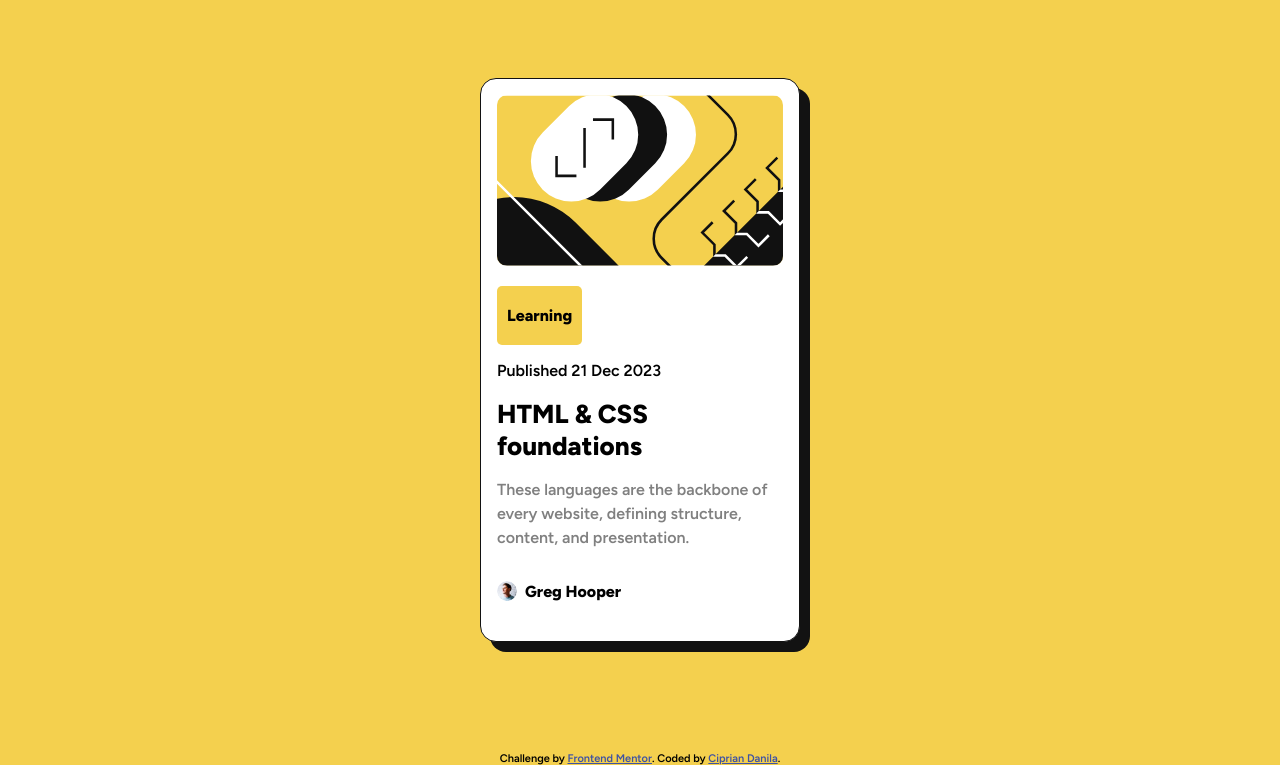
Repository: cipdanila/blog-preview-card
Page: index.html
The author's editor kept a copy of each file at every save. The page is drawn from the files as they stood at one save, then again after the next save.
The browser window is 1280 px wide. The pictures show the whole page.

Above is the page before, as saved 2024-01-28 14:36:47.

### index.html
<!DOCTYPE html>
<html lang="en">
<head>
  <meta charset="UTF-8">
  <meta name="viewport" content="width=device-width, initial-scale=1.0"> <!-- displays site properly based on user's device -->

  <link rel="icon" type="image/png" sizes="32x32" href="./assets/images/favicon-32x32.png">
  <link rel="stylesheet" href="style.css">
  <title>Frontend Mentor | Blog preview card</title>

</head>
<body>
  <main>
    <div class="card">
      <div class="image-card">
        <img src="./assets/images/illustration-article.svg" alt="illustration article">
      </div>
      <div class="text-card">
        <div class="learning">
          <p>Learning</p>
        </div>
        <div class="publish">
          <p>Published 21 Dec 2023</p>
        </div>
        <div class="title">
          <h1>HTML & CSS foundations</h1>
        </div>
        <div class="info">
          <p>
            These languages are the backbone of every website, defining structure, content, and presentation.
          </p>
        </div>
        <div class="avatar">
          <img src="./assets/images/image-avatar.webp" alt="avatar">
          <p>Greg Hooper</p>
        </div>
      </div>
    </div>
  </main>

  <footer>
    <div class="attribution">
        Challenge by
        <a
            href="https://www.frontendmentor.io/challenges/blog-preview-card-ckPaj01IcS"
            target="_blank"
            rel="noopener noreferer"
            >Frontend Mentor</a
        >. Coded by <a href="https://github.com/cipdanila" target="_blank" rel="noopener noreferer">Ciprian Danila</a>.
    </div>
</footer>
</body>
</html>

### style.css
@import url('https://fonts.googleapis.com/css2?family=Figtree:wght@600;800&display=swap');

:root {
    /* Colors */
    /* Primary */
    --yellow: hsl(47, 88%, 63%);

    /* Neutral */
    --white: hsl(0, 0%, 100%);
    --grey: hsl(0, 0%, 50%);
    --black: hsl(0, 0%, 7%);
}

* {
    box-sizing: border-box;
}

body, html {
    margin: 0;
    padding: 0;
    height: 100%;
    font-family: 'Figtree', sans-serif;
    font-size: 1rem;
    font-weight: 600;
    background-color: var(--yellow);
}

main {
    display: flex;
    justify-content: center;
    align-items: center;
    height: 100%;
}

.card {
    width: 20rem;
    border-radius: 1rem;
    border: 1px solid var(--black);
    box-shadow: 10px 10px var(--black);
    background-color: var(--white);
    display: flex;
    flex-direction: column;
    align-items: center;
    padding: 1rem;
}

.image-card {
    text-align: center;
}

img {
    max-width: 100%;
    height: auto;
    border-radius: 0.625rem;
}

.text-card {
    text-align: left;
}

.learning {
    width: fit-content;
    background-color: var(--yellow);
    margin: 1rem 0;
    padding: 0.25rem 0.625rem;
    border-radius: 5px;
    font-weight: 800;
}

.publish, .title, .info, .avatar {
    margin-bottom: 0.5rem;
}

.title h1 {
    font-weight: 800;
    font-size: 1.625rem;
    margin-bottom: 0.5rem;
}

.info p {
    color: var(--grey);
    line-height: 1.5;
    font-weight: 100;
}

.avatar {
    display: flex;
    align-items: center;
}

.avatar img {
    width: 20px;
    height: auto;
    border-radius: 50%;
    margin-right: 0.5rem;
}

.avatar p {
    font-weight: 800;
}

footer {
    margin-top: 2rem;
}

.attribution {
    font-size: 11px;
    text-align: center;
}
.attribution a {
    color: hsl(228, 45%, 44%);
}

After the next save:
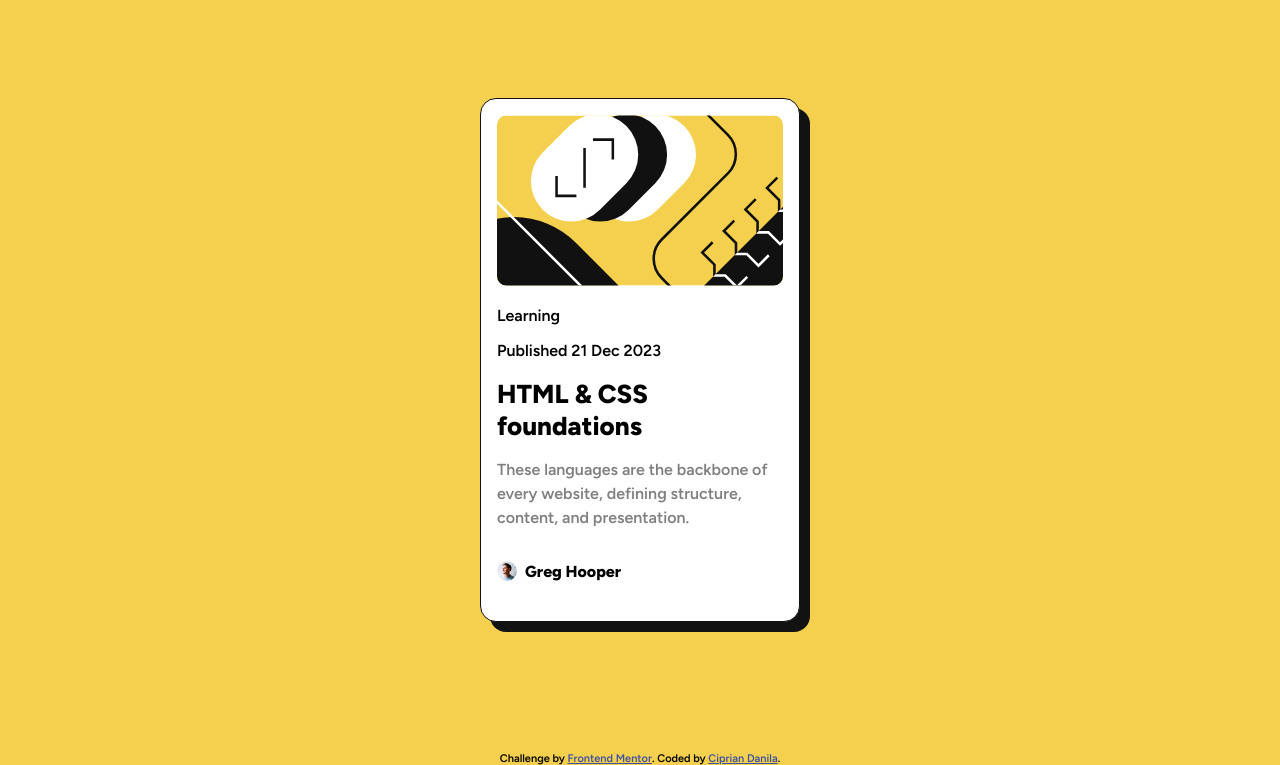
Saved 2 min 19 s later.
--- a/index.html
+++ b/index.html
@@ -16,9 +16,9 @@
         <img src="./assets/images/illustration-article.svg" alt="illustration article">
       </div>
       <div class="text-card">
-        <div class="learning">
-          <p>Learning</p>
-        </div>
+        <p>Learning</p>
+        <!-- <div class="learning">
+        </div> -->
         <div class="publish">
           <p>Published 21 Dec 2023</p>
         </div>
